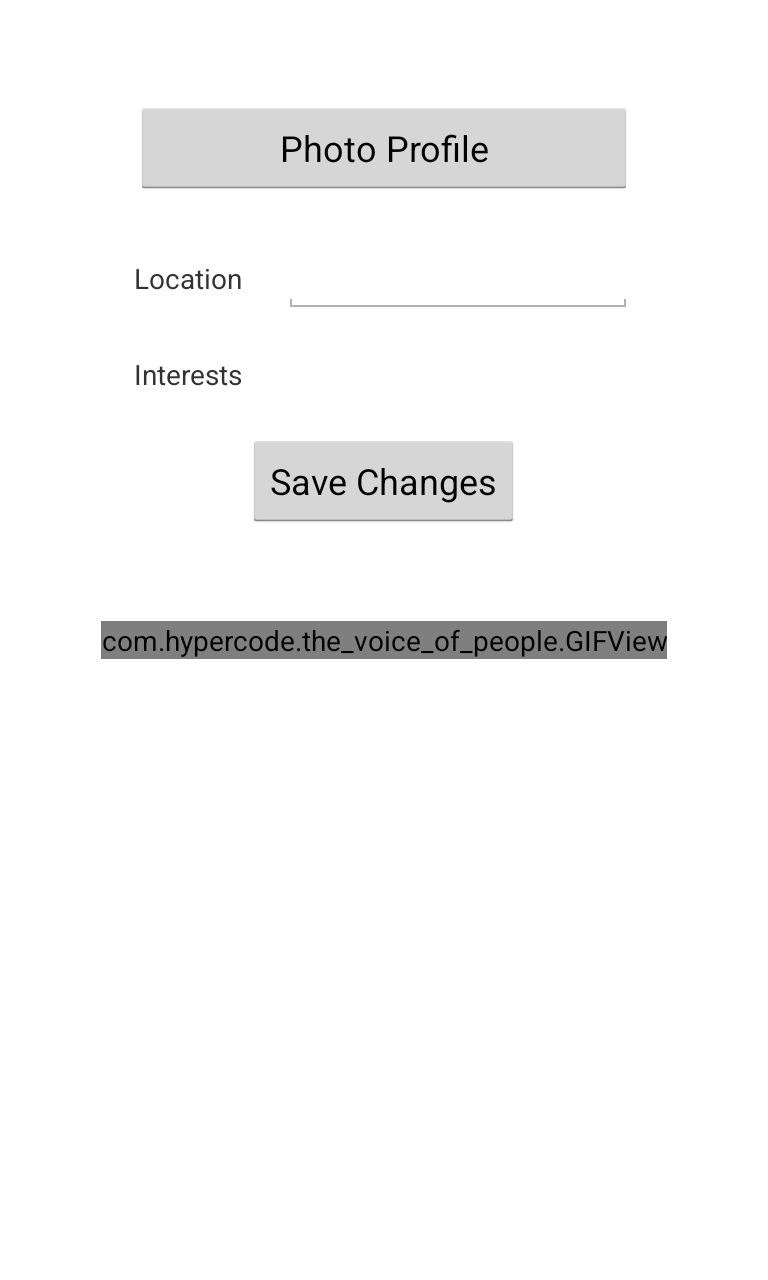
Repository: elvispap/The_Voice_of_People_Android_app
Layout: Voice of People/res/layout/profile_settings.xml
An editor plug-in stored every save of this project. The layout is shown before and after the next save, followed by the edit.
Pictures or frames that could not be fetched are drawn as grey boxes. It is drawn on a 768 x 1280 px phone screen (xhdpi) without system bars, with theme AppTheme; the app's code is not run.

Above is the layout before, as saved 2014-01-08 03:13:41.

After the next save:
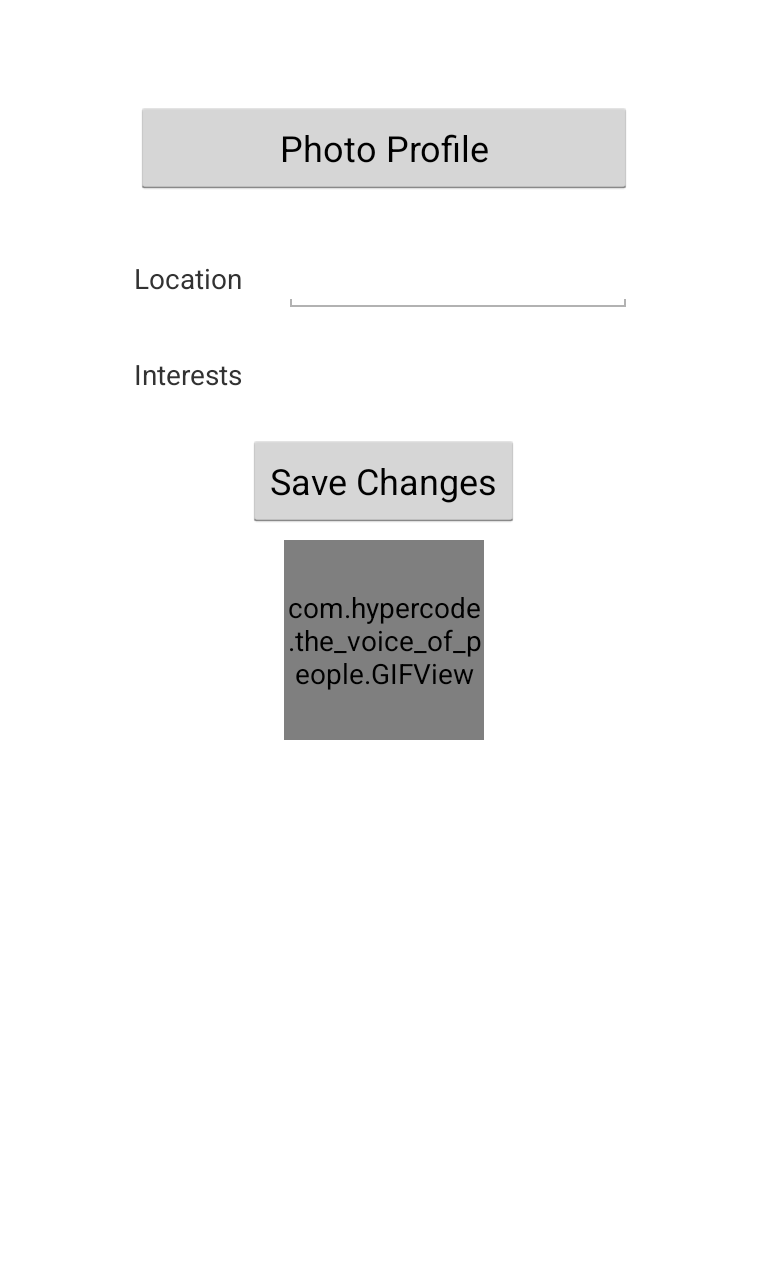
Saved 3 min 26 s later.
--- a/Voice of People/res/layout/profile_settings.xml
+++ b/Voice of People/res/layout/profile_settings.xml
@@ -84,6 +84,8 @@
         android:layout_gravity="center"
         android:layout_width="wrap_content"
         android:layout_height="wrap_content"
+        android:layout_width="100dp"
+        android:layout_height="100dp"
         android:id="@+id/GIFLoader">
      </com.hypercode.the_voice_of_people.GIFView>
 </FrameLayout>
